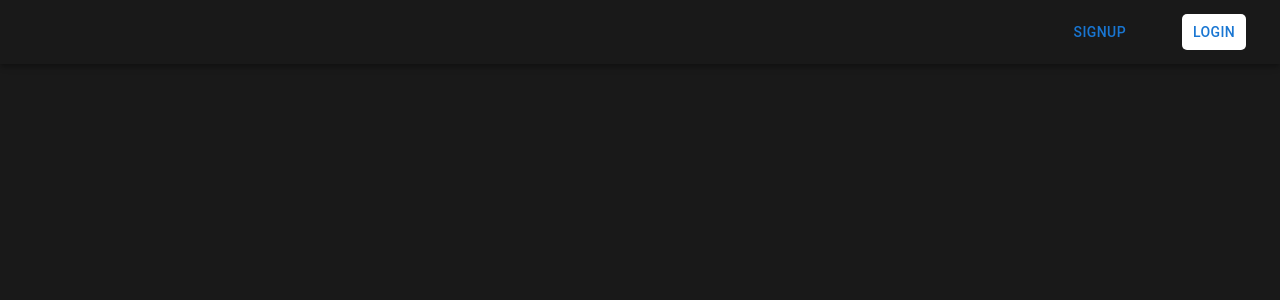
Repository: Armstrong2035/ikigai
Page: / (app in Ikigai/ikigai/)
An editor plug-in stored every save of this project. The page is shown before and after the next save, followed by the edit.
The browser window is 1280 px wide. The pictures show the whole page.
The project was rebuilt for these pictures with package versions that can differ from the ones it lists, and the page was loaded fresh each time. The framework's server and built-in components were replaced by stand-ins that run in the browser. Also part of the build but not shown: Ikigai/ikigai/next.config.mjs.

Above is the page before, as saved 2024-09-06 18:51:06.

After the next save:
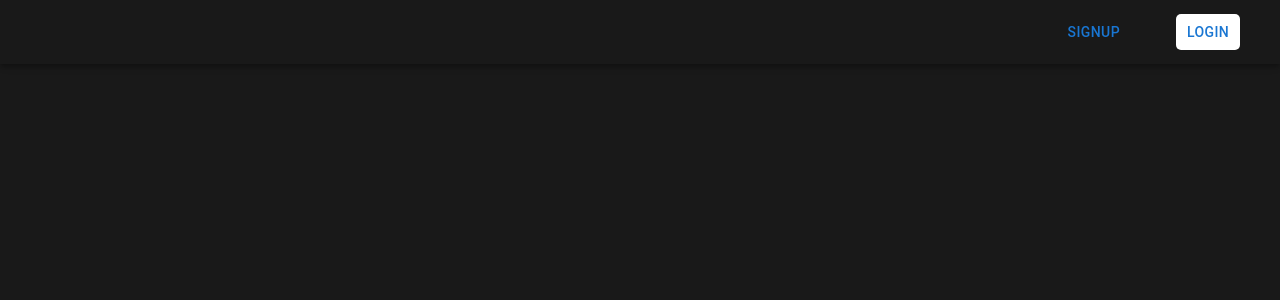
Saved 41 s later.
--- a/Ikigai/ikigai/components/LandingPage/NavBar/NavBar.js
+++ b/Ikigai/ikigai/components/LandingPage/NavBar/NavBar.js
@@ -4,7 +4,7 @@ export default function NavBar() {
   return (
     <div>
       <AppBar sx={{ backgroundColor: "inherit" }}>
-        <Stack direction="row" justifyContent={"flex-end"} mr="10px">
+        <Stack direction="row" justifyContent={"flex-end"} sx={{ mr: 2 }}>
           <Toolbar>
             <Button variant="text" sx={{}}>
               Signup
